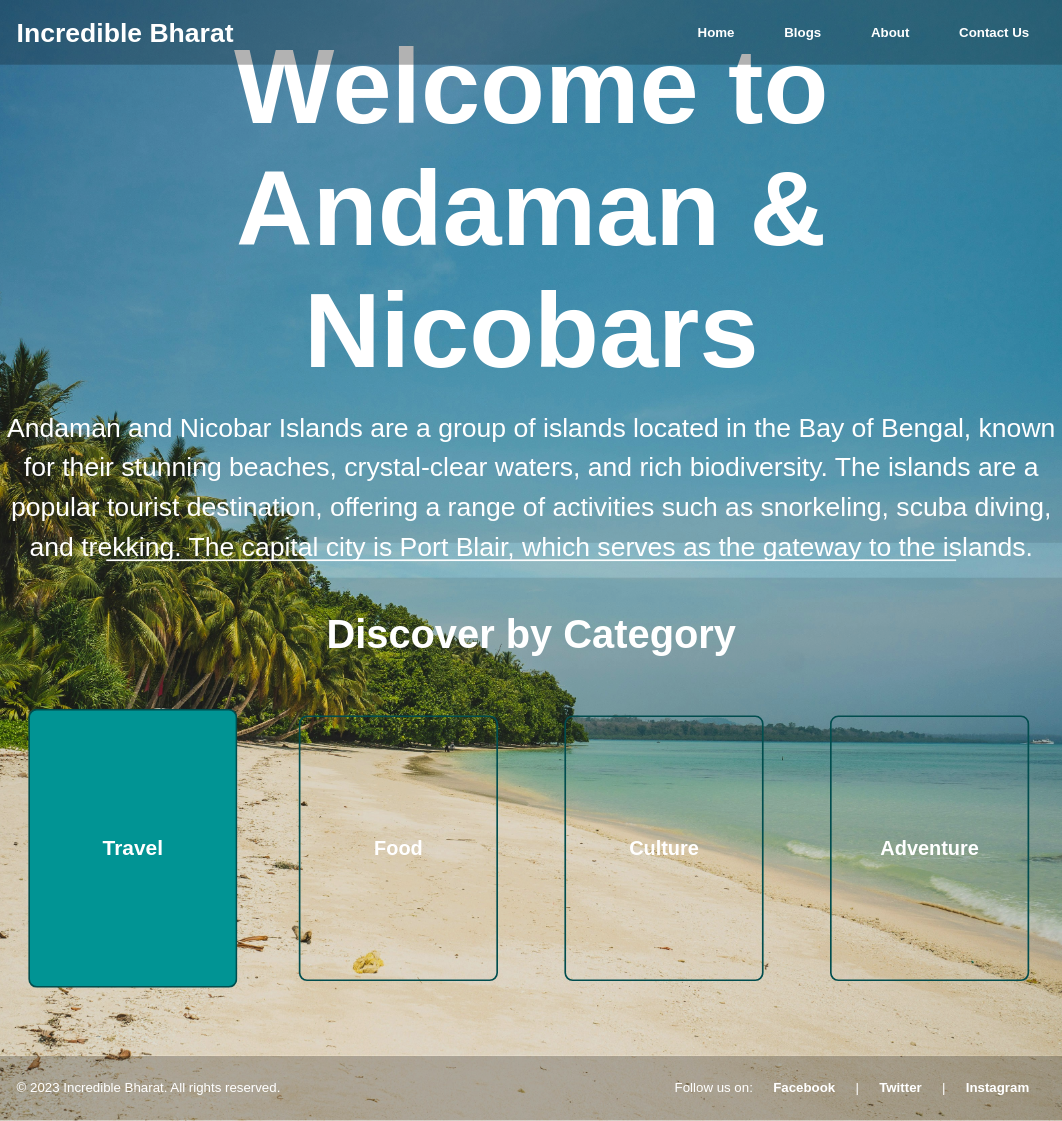
Repository: jaidhiman111/incrediblebharat
Page: destinations/Andaman&Nicobar.html
The author's editor kept a copy of each file at every save. The page is drawn from the files as they stood at one save, then again after the next save.
The browser window is 1280 px wide. The pictures show the whole page, at 83% of full size.
The pointer rests on the first visible `.card`.

Above is the page before, as saved 2025-04-30 23:40:20.

### destinations/Andaman&Nicobar.html
<!DOCTYPE html>
<html lang="en">

<head>
    <meta charset="UTF-8">
    <link rel="stylesheet" href="/assets/style.css">
    <meta name="viewport" content="width=device-width, initial-scale=1.0">
    <title>Document</title>
</head>

<body class="andaman-nicobar">
    <!-- This is the header of the page. -->
    <header class="header">
        <div class="logo">
            <h1>Incredible Bharat</h1>
        </div>
        <div class="nav">
            <nav>
                <ul>
                    <li>
                        <a href="/index.html">Home</a>
                        <a href="#">Blogs</a>
                        <a href="#">About</a>
                        <a href="#">Contact Us</a>
                    </li>
                </ul>
            </nav>
        </div>
    </header>
    <!-- This is the main content of the page. -->
    <main class="main-container">
        <section class="hero-section">
            <h2>Welcome to Andaman & Nicobars</h2>
            <p>Andaman and Nicobar Islands are a group of islands located in the Bay of Bengal, known for their stunning
                beaches, crystal-clear waters, and rich biodiversity. The islands are a popular tourist destination,
                offering a range of activities such as snorkeling, scuba diving, and trekking. The capital city is Port
                Blair, which serves as the gateway to the islands.</p>
        </section>
        <hr>
        <section class="state-section">
            <h2>Discover by Category</h2>
            <div class="card-section">
                <div class="card" id="travel">Travel</div>
                <div class="card" id="food">Food</div>
                <div class="card" id="culture">Culture</div>
                <div class="card" id="adventure">Adventure</div>
            </div>
        </section>
    </main>
    <!-- This is the footer of the page. -->
    <footer class="footer">
        <div>
            <p>&copy; 2023 Incredible Bharat. All rights reserved.</p>
        </div>
        <div>
            <p>Follow us on:
                <a href="#">Facebook</a> |
                <a href="#">Twitter</a> |
                <a href="#">Instagram</a>
        </div>
    </footer>
</body>

</html>

### assets/style.css
* {
    box-sizing: border-box;
    margin: 0;
    padding: 0;
}

.home {
    font-family: Arial, sans-serif;
    background-image: url('/media/bg-cover.jpg');
    background-size: cover;
    background-repeat: no-repeat;
    background-position: center;
    color: #fff;
}

.andaman-nicobar {
    font-family: Arial, sans-serif;
    background-image: url('/media/andaman.jpg');
    background-size: cover;
    background-repeat: no-repeat;
    background-position: center;
    color: #fff;
}


/* This is for header */
.header {
    background-color: rgba(0, 0, 0, 0.3);
    display: flex;
    justify-content: space-between;
    align-items: center;
    padding: 20px;
    position: sticky;
    top: 0;
    text-align: center;
}

li {
    list-style: none;
    display: flex;
    gap: 20px;
}

li a {
    padding: 10px 20px;
    border-radius: 5px;
    text-decoration: none;
    color: #fff;
    font-weight: bold;
}

li a:hover {
    color: #fff;
    transform: scale(1.1);}

/* This is for section */
section{
    background-color: rgba(0, 0, 0, 0.1);
}

.hero-section {
    display: flex;
    flex-direction: column;    /* stack items vertically */
    justify-content: center;   /* center vertically */
    align-items: center;       /* center horizontally */
    height: 80vh;
    text-align: center;
}

.hero-section h2 {
    font-size: 8rem;
    margin-bottom: 20px;
}

.hero-section p{
    font-size: 2rem;
    margin-bottom: 20px;
    max-width: 100rem;         /* limit the width of the paragraph */
    line-height: 1.5;        /* improve readability */
}

.hero-section a {
    text-decoration: none;
    color: #fff;
    font-size: 1.5rem;
    margin-bottom: 20px;
}

.hero-section a:hover {
    color: #fff;
    text-decoration: underline;
    transform: scale(1.1);
    transition: transform 0.3s ease-in-out;
}

hr {
    width: 80%;
    margin: 20px auto;
    border: 1px solid #fff;
}

.state-section {
    display: flex;
    flex-direction: column;    /* stack items vertically */
    justify-content: center;
    align-items: center;
    height: 80vh;
    text-align: center;
}

.state-section h2 {
    font-size: 3rem;
    margin-bottom: 20px;
}

.state-button {
    padding: 30px;
    max-width: 100rem;
    margin: 0 auto;
  }

  .state-button button {
    background-color: rgba(0, 0, 0, 0.4);  /* Soft blue */
    border: none;
    border-radius: 8px;
    margin: 10px ;
    padding: 12px 20px;
    cursor: pointer;
    transition: background-color 0.3s ease;
    font-size: 16px;
    font-weight: 500;
  }

  .state-button button a {
    color: #ffffff;
    text-decoration: none;
    display: block;
    width: 100%;
    height: 100%;
  }

  .state-button button:hover {
    background-color: rgba(0, 0, 0, 0.7); /* Darker blue on hover */
    transform: scale(1.1); /* Slightly enlarge the button on hover */
    transition: transform 0.3s ease-in-out;
  }

  .card-section {
    display: flex;
    flex-wrap: wrap; /* Makes it responsive */
    justify-content: center;
    gap: 5rem;
    /* background-color: rgba(0, 0, 0, 0.4); */
    padding: 30px 20px;
    margin: 20px auto;
    max-width: 100%;
    border-radius: 10px;
}

.card {
    /* background-color: rgba(0, 0, 0, 0.3); */
    color: #fff;
    border: 2px solid #014d4e;
    border-radius: 10px;
    width: 15rem;
    height: 20rem;
    display: flex;
    align-items: center;
    justify-content: center;
    font-size: 1.5rem;
    font-weight: bold;
    cursor: pointer;
    transition: transform 0.3s ease, background-color 0.3s ease;
}

.card:hover {
    background-color: #019494;
    color: #ffffff;
    transform: scale(1.05);
}


  /* This is for footer */

.footer {
    background-color: rgba(0, 0, 0, 0.3);
    display: flex;
    justify-content: space-between;
    align-items: center;
    padding: 20px;
    position: relative;
    bottom: 0;
    text-align: center;
}

.footer li {
    list-style: none;
    display: flex;
    gap: 20px;
}

.footer a {
    display: inline-block;
    padding: 10px 20px;
    border-radius: 5px;
    text-decoration: none;
    color: #fff;
    font-weight: bold;
}
.footer a:hover {
    color: #fff;
    transform: scale(1.1);

}

/* This is for media queries */
/* --- Andaman & Nicobar Page Enhancements --- */

After the next save:
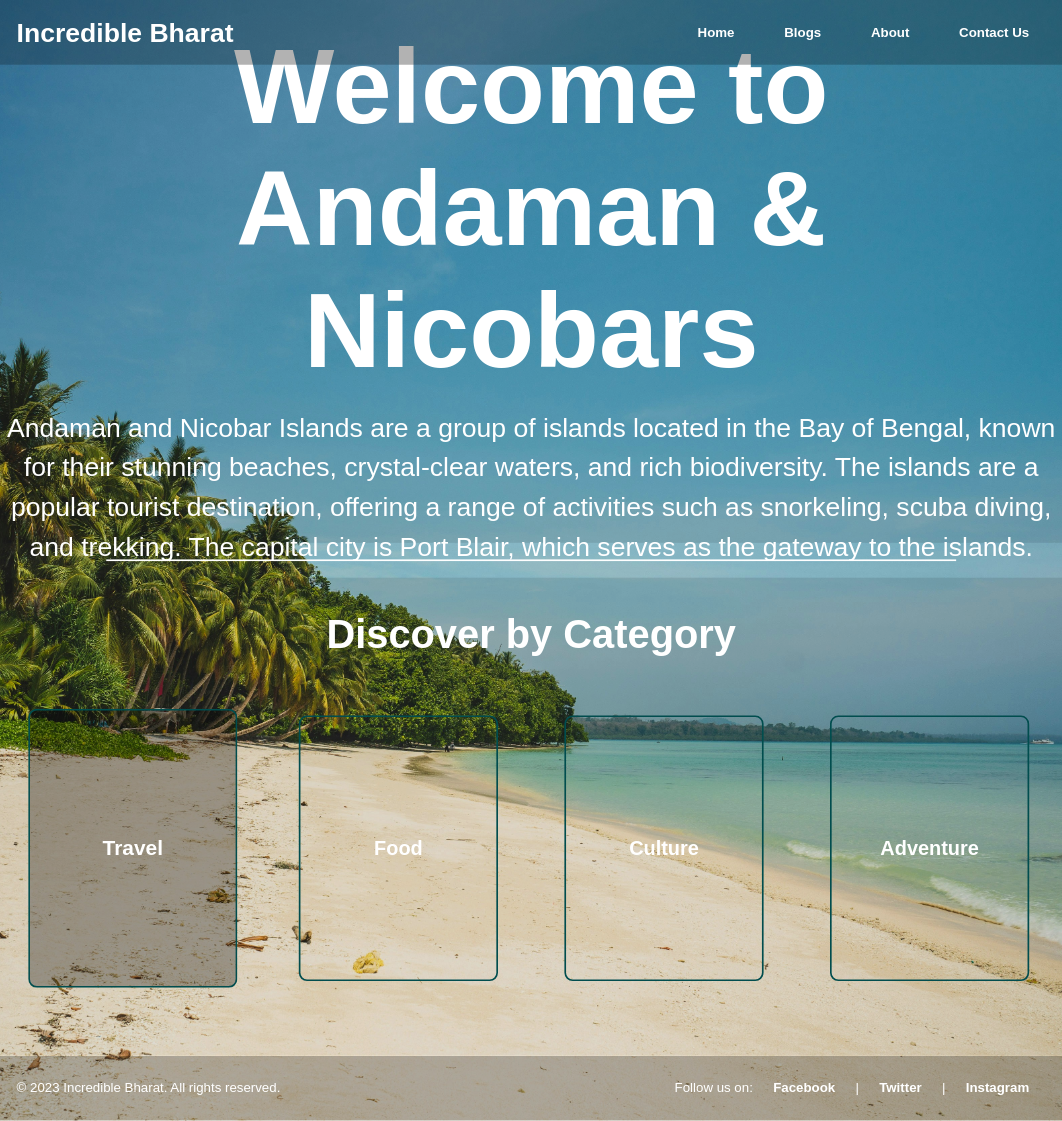
Saved 17 s later.
--- a/assets/style.css
+++ b/assets/style.css
@@ -174,7 +174,7 @@ hr {
 }
 
 .card:hover {
-    background-color: #019494;
+    background-color: rgba(0, 0, 0, 0.3);
     color: #ffffff;
     transform: scale(1.05);
 }
